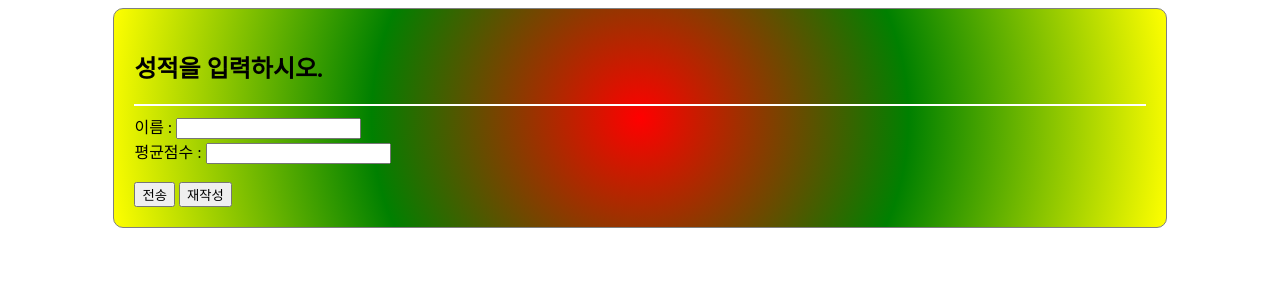
Repository: kdg0109/multicampus_course
Page: web course/workspace_web/mvc/WebContent/htmlexam/eduForm.html
The author's editor kept a copy of each file at every save. The page is drawn from the files as they stood at one save, then again after the next save.
The browser window is 1280 px wide. The pictures show the whole page.

Above is the page before, as saved 2018-02-09 01:20:36.

After the next save:
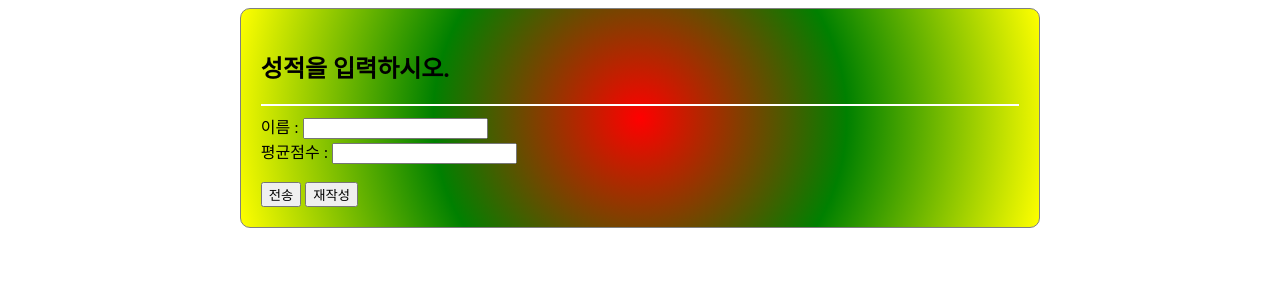
Saved 19 s later.
--- a/web course/workspace_web/mvc/WebContent/htmlexam/eduForm.html
+++ b/web course/workspace_web/mvc/WebContent/htmlexam/eduForm.html
@@ -9,7 +9,7 @@
 		border : solid 1px white;
 	}
 	#article1 {
-		width : 80%;
+		width : 60%;
 		margin: auto;
 		background: radial-gradient(circle, red, green, yellow);
 		padding: 20px;
